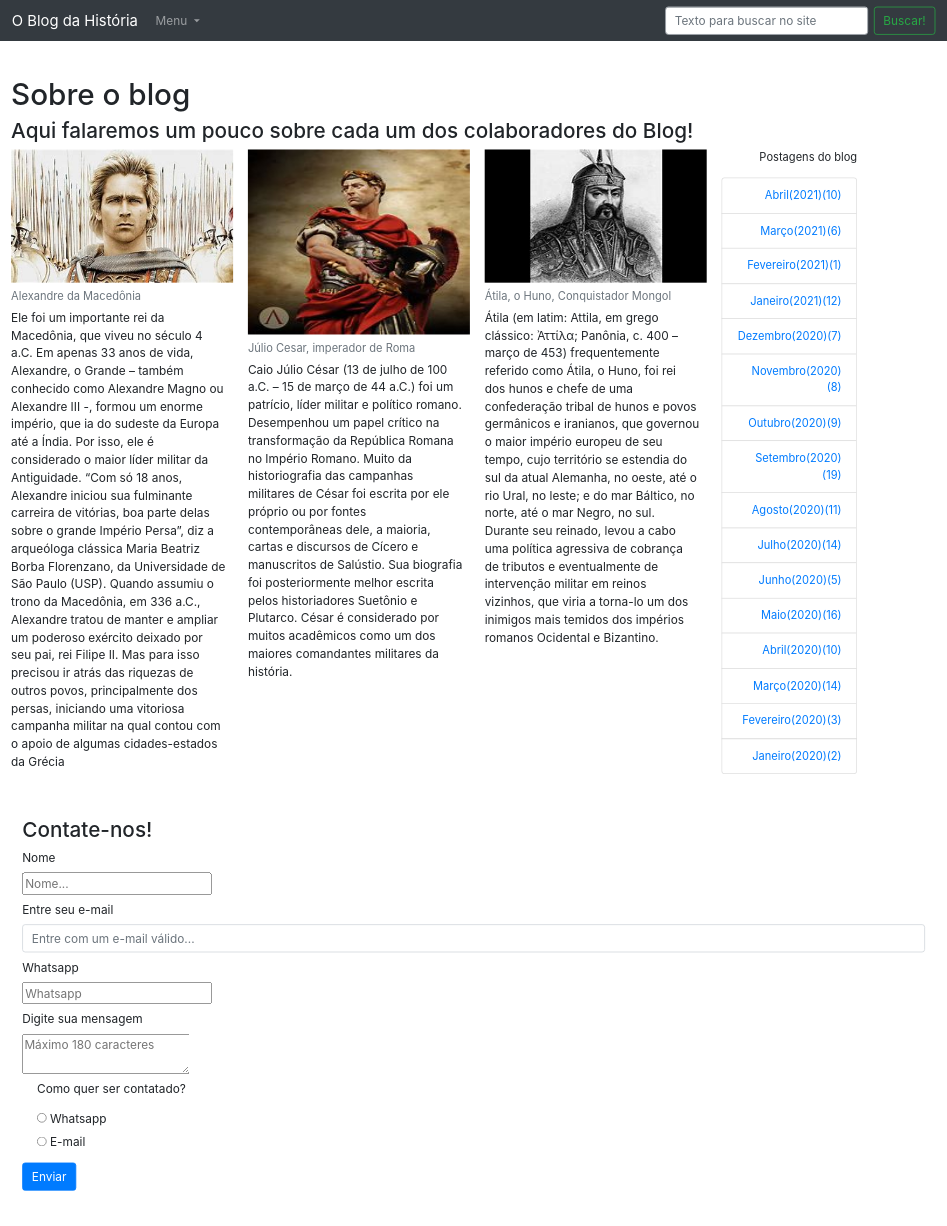
Repository: xhenrique/blog_layout_bootstrap
Page: source/sobre.html
The author's editor kept a copy of each file at every save. The page is drawn from the files as they stood at one save, then again after the next save.
The browser window is 1280 px wide. The pictures show the whole page, at 74% of full size.

Above is the page before, as saved 2021-04-25 16:47:39.

After the next save:
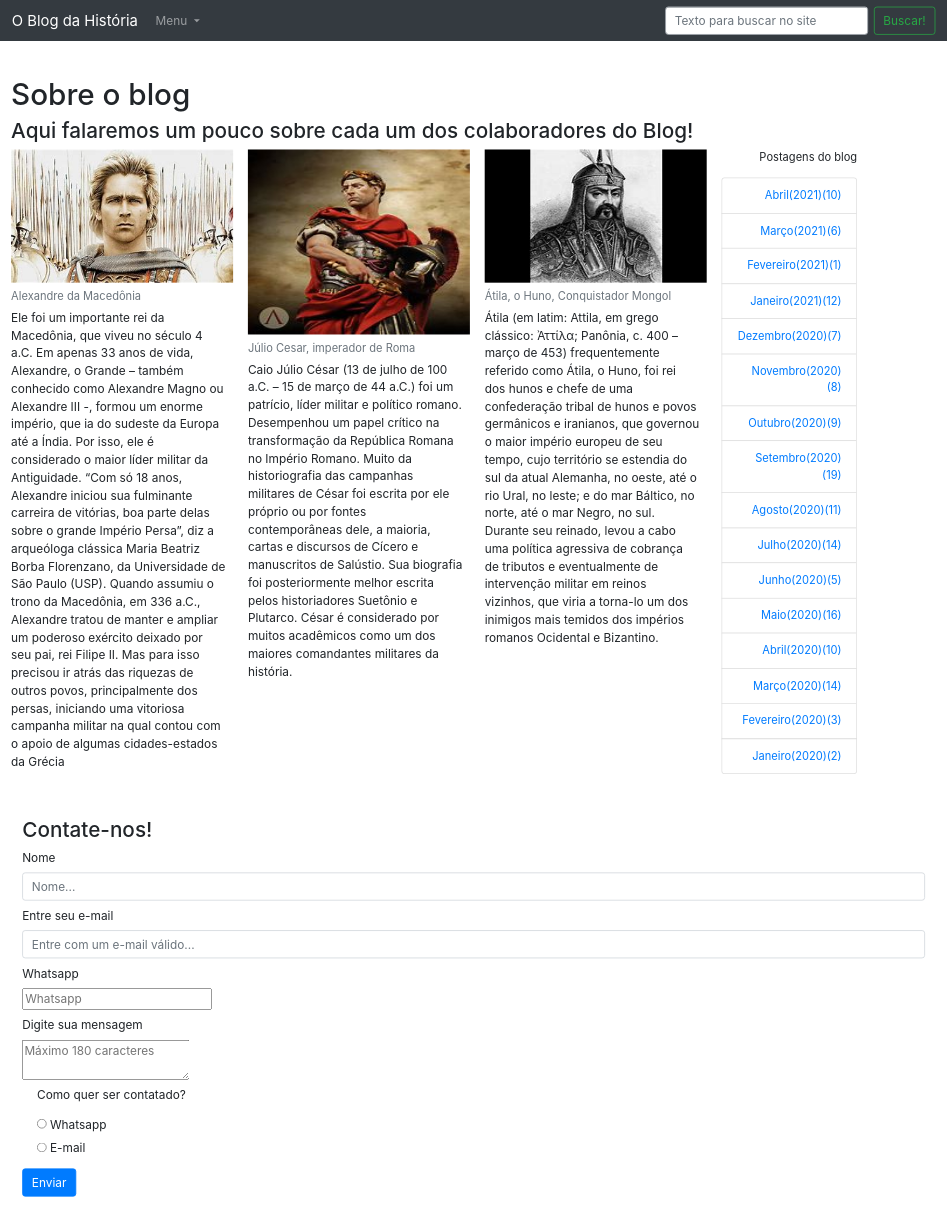
Saved 42 s later.
--- a/source/sobre.html
+++ b/source/sobre.html
@@ -107,7 +107,7 @@
                 </h3>
                 <div class="mb-2">
                     <label for="nameInput" class="form-label">Nome</label>
-                    <input type="text" placeholder="Nome..." class="form-inline" id="nameInput"  required>
+                    <input type="text" placeholder="Nome..." class="form-control" id="nameInput"  required>
                 </div>
                 <div class="mb-2">
                     <label for="inputEmail" class="form-label">Entre seu e-mail</label>
